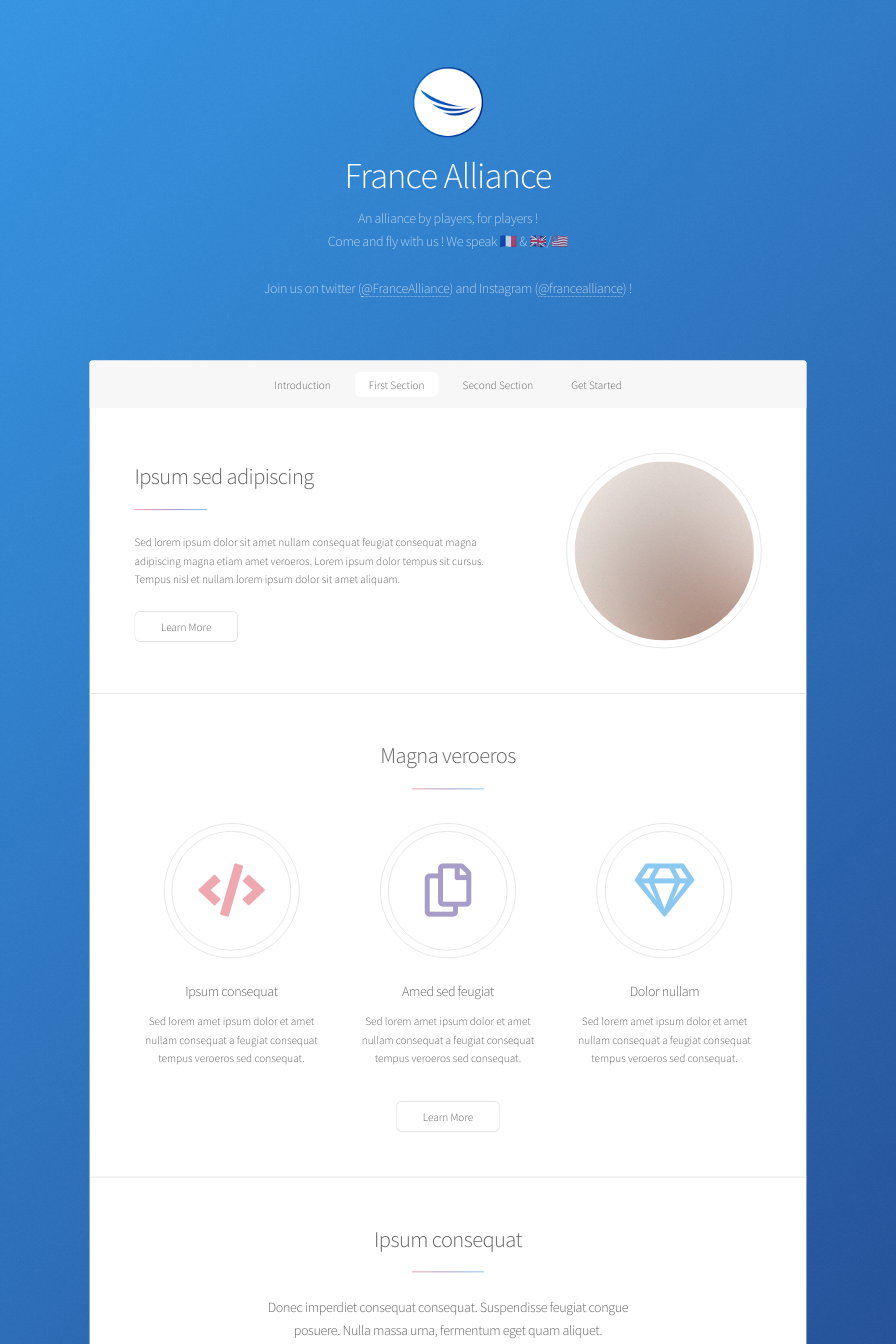
Repository: France-Alliance/France-Alliance.github.io
Page: index.html
An editor plug-in stored every save of this project. The page is shown before and after the next save, followed by the edit.
The browser window is 1280 px wide. The pictures show the part of the page from y = 0 to 1920 px (the page is 3359 px tall before and 3326 px after), at 70% of full size.

Above is the page before, as saved 2021-04-05 22:30:36.

### index.html
<!DOCTYPE HTML>
<!--
	Stellar by HTML5 UP
	html5up.net | @ajlkn
	Free for personal and commercial use under the CCA 3.0 license (html5up.net/license)
-->
<html>
	<head>
		<title>France Alliance</title>
		<meta charset="utf-8" />
		<meta name="viewport" content="width=device-width, initial-scale=1, user-scalable=no" />
		<link rel="stylesheet" href="assets/css/main.css" />
		<noscript><link rel="stylesheet" href="assets/css/noscript.css" /></noscript>
	</head>
	<body class="is-preload">

		<!-- Wrapper -->
			<div id="wrapper">

				<!-- Header -->
					<header id="header" class="alt">
						<span class="logo"><img src="images/Fichier 1.png" alt="" /></span>
						<h1>France Alliance</h1>
						<p>An alliance by players, for players !<br>
						Come and fly with us ! We speak 🇫🇷 & 🇬🇧/🇺🇸<br>
						<br>Join us on twitter (<a href="https://twitter.com/FranceAlliance">@FranceAlliance</a>) and Instagram (<a href="https://www.instagram.com/francealliance/">@francealliance</a>) !</p>
					</header>

				<!-- Nav -->
					<nav id="nav">
						<ul>
							<li><a href="#intro" class="active">Introduction</a></li>
							<li><a href="#first">First Section</a></li>
							<li><a href="#second">Second Section</a></li>
							<li><a href="#cta">Get Started</a></li>
						</ul>
					</nav>

				<!-- Main -->
					<div id="main">

						<!-- Introduction -->
							<section id="intro" class="main">
								<div class="spotlight">
									<div class="content">
										<header class="major">
											<h2>Ipsum sed adipiscing</h2>
										</header>
										<p>Sed lorem ipsum dolor sit amet nullam consequat feugiat consequat magna
										adipiscing magna etiam amet veroeros. Lorem ipsum dolor tempus sit cursus.
										Tempus nisl et nullam lorem ipsum dolor sit amet aliquam.</p>
										<ul class="actions">
											<li><a href="generic.html" class="button">Learn More</a></li>
										</ul>
									</div>
									<span class="image"><img src="images/pic01.jpg" alt="" /></span>
								</div>
							</section>

						<!-- First Section -->
							<section id="first" class="main special">
								<header class="major">
									<h2>Magna veroeros</h2>
								</header>
								<ul class="features">
									<li>
										<span class="icon solid major style1 fa-code"></span>
										<h3>Ipsum consequat</h3>
										<p>Sed lorem amet ipsum dolor et amet nullam consequat a feugiat consequat tempus veroeros sed consequat.</p>
									</li>
									<li>
										<span class="icon major style3 fa-copy"></span>
										<h3>Amed sed feugiat</h3>
										<p>Sed lorem amet ipsum dolor et amet nullam consequat a feugiat consequat tempus veroeros sed consequat.</p>
									</li>
									<li>
										<span class="icon major style5 fa-gem"></span>
										<h3>Dolor nullam</h3>
										<p>Sed lorem amet ipsum dolor et amet nullam consequat a feugiat consequat tempus veroeros sed consequat.</p>
									</li>
								</ul>
								<footer class="major">
									<ul class="actions special">
										<li><a href="generic.html" class="button">Learn More</a></li>
									</ul>
								</footer>
							</section>

						<!-- Second Section -->
							<section id="second" class="main special">
								<header class="major">
									<h2>Ipsum consequat</h2>
									<p>Donec imperdiet consequat consequat. Suspendisse feugiat congue<br />
									posuere. Nulla massa urna, fermentum eget quam aliquet.</p>
								</header>
								<ul class="statistics">
									<li class="style1">
										<span class="icon solid fa-code-branch"></span>
										<strong>5,120</strong> Etiam
									</li>
									<li class="style2">
										<span class="icon fa-folder-open"></span>
										<strong>8,192</strong> Magna
									</li>
									<li class="style3">
										<span class="icon solid fa-signal"></span>
										<strong>2,048</strong> Tempus
									</li>
									<li class="style4">
										<span class="icon solid fa-laptop"></span>
										<strong>4,096</strong> Aliquam
									</li>
									<li class="style5">
										<span class="icon fa-gem"></span>
										<strong>1,024</strong> Nullam
									</li>
								</ul>
								<p class="content">Nam elementum nisl et mi a commodo porttitor. Morbi sit amet nisl eu arcu faucibus hendrerit vel a risus. Nam a orci mi, elementum ac arcu sit amet, fermentum pellentesque et purus. Integer maximus varius lorem, sed convallis diam accumsan sed. Etiam porttitor placerat sapien, sed eleifend a enim pulvinar faucibus semper quis ut arcu. Ut non nisl a mollis est efficitur vestibulum. Integer eget purus nec nulla mattis et accumsan ut magna libero. Morbi auctor iaculis porttitor. Sed ut magna ac risus et hendrerit scelerisque. Praesent eleifend lacus in lectus aliquam porta. Cras eu ornare dui curabitur lacinia.</p>
								<footer class="major">
									<ul class="actions special">
										<li><a href="generic.html" class="button">Learn More</a></li>
									</ul>
								</footer>
							</section>

						<!-- Get Started -->
							<section id="cta" class="main special">
								<header class="major">
									<h2>Congue imperdiet</h2>
									<p>Donec imperdiet consequat consequat. Suspendisse feugiat congue<br />
									posuere. Nulla massa urna, fermentum eget quam aliquet.</p>
								</header>
								<footer class="major">
									<ul class="actions special">
										<li><a href="generic.html" class="button primary">Get Started</a></li>
										<li><a href="generic.html" class="button">Learn More</a></li>
									</ul>
								</footer>
							</section>

					</div>

				<!-- Footer -->
					<footer id="footer">
						<section>
							<h2>Aliquam sed mauris</h2>
							<p>Sed lorem ipsum dolor sit amet et nullam consequat feugiat consequat magna adipiscing tempus etiam dolore veroeros. eget dapibus mauris. Cras aliquet, nisl ut viverra sollicitudin, ligula erat egestas velit, vitae tincidunt odio.</p>
							<ul class="actions">
								<li><a href="generic.html" class="button">Learn More</a></li>
							</ul>
						</section>
						<section>
							<h2>Etiam feugiat</h2>
							<dl class="alt">
								<dt>Address</dt>
								<dd>1234 Somewhere Road &bull; Nashville, TN 00000 &bull; USA</dd>
								<dt>Phone</dt>
								<dd>(000) 000-0000 x 0000</dd>
								<dt>Email</dt>
								<dd><a href="#">information@untitled.tld</a></dd>
							</dl>
							<ul class="icons">
								<li><a href="#" class="icon brands fa-twitter alt"><span class="label">Twitter</span></a></li>
								<li><a href="#" class="icon brands fa-facebook-f alt"><span class="label">Facebook</span></a></li>
								<li><a href="#" class="icon brands fa-instagram alt"><span class="label">Instagram</span></a></li>
								<li><a href="#" class="icon brands fa-github alt"><span class="label">GitHub</span></a></li>
								<li><a href="#" class="icon brands fa-dribbble alt"><span class="label">Dribbble</span></a></li>
							</ul>
						</section>
						<p class="copyright">&copy; Untitled. Design: <a href="https://html5up.net">HTML5 UP</a>.</p>
					</footer>

			</div>

		<!-- Scripts -->
			<script src="assets/js/jquery.min.js"></script>
			<script src="assets/js/jquery.scrollex.min.js"></script>
			<script src="assets/js/jquery.scrolly.min.js"></script>
			<script src="assets/js/browser.min.js"></script>
			<script src="assets/js/breakpoints.min.js"></script>
			<script src="assets/js/util.js"></script>
			<script src="assets/js/main.js"></script>

	</body>
</html>

Loaded but not shown: assets/js/jquery.min.js (library); assets/js/jquery.scrollex.min.js (common file); assets/css/fontawesome-all.min.css (library); assets/js/jquery.scrolly.min.js (common file); assets/js/browser.min.js (common file); assets/js/breakpoints.min.js (common file); assets/js/util.js (587 lines, source omitted); assets/js/main.js (123 lines, source omitted); assets/css/main.css (3785 lines, source omitted)

After the next save:
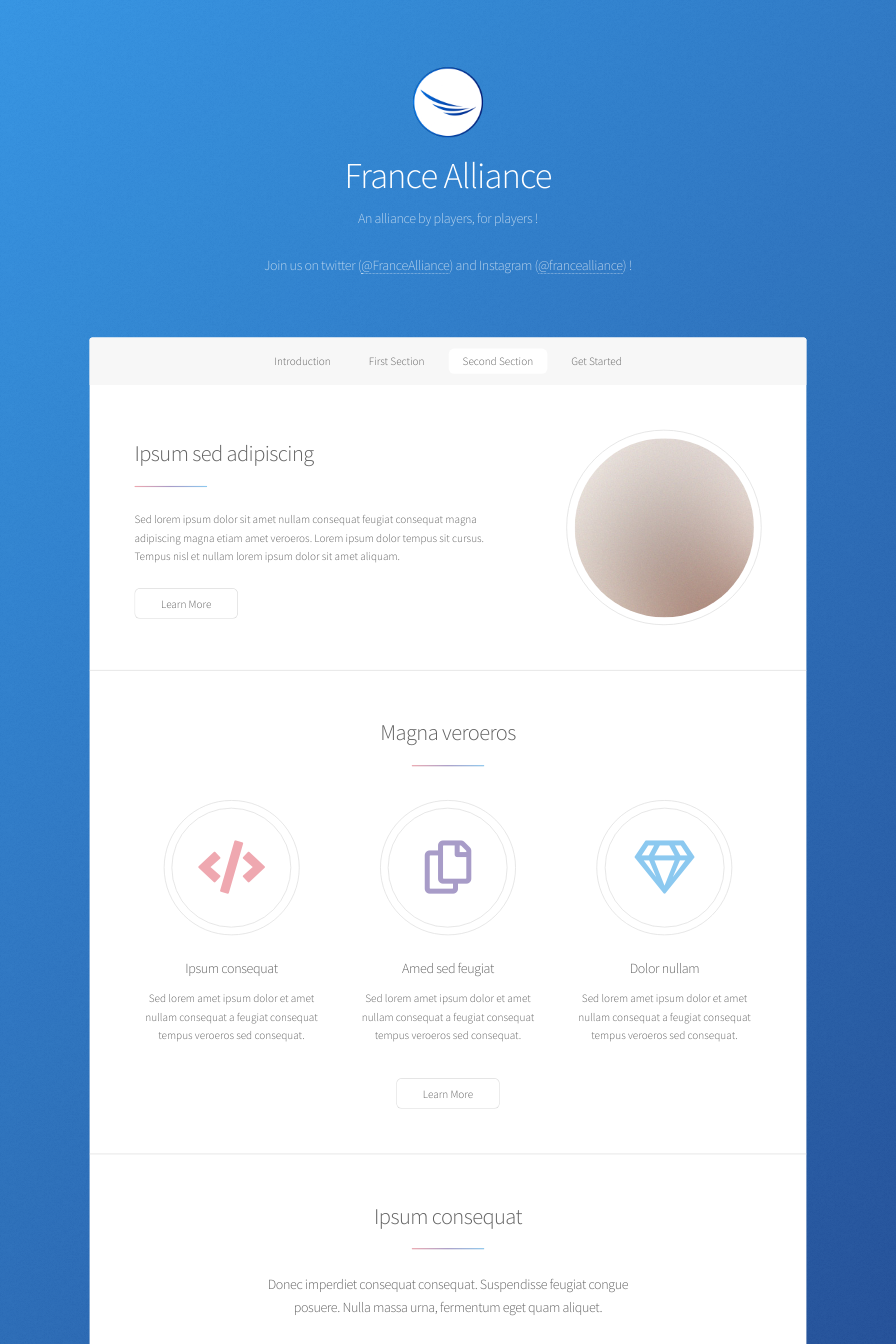
Saved 11 s later.
--- a/index.html
+++ b/index.html
@@ -22,7 +22,6 @@
 						<span class="logo"><img src="images/Fichier 1.png" alt="" /></span>
 						<h1>France Alliance</h1>
 						<p>An alliance by players, for players !<br>
-						Come and fly with us ! We speak 🇫🇷 & 🇬🇧/🇺🇸<br>
 						<br>Join us on twitter (<a href="https://twitter.com/FranceAlliance">@FranceAlliance</a>) and Instagram (<a href="https://www.instagram.com/francealliance/">@francealliance</a>) !</p>
 					</header>
 
